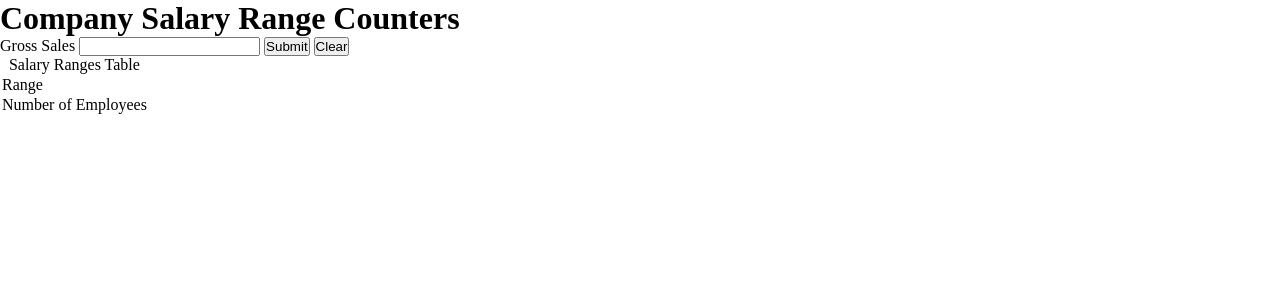
Repository: mlmEFSC21/P17-Sales-Commision
Page: sales.html
These files come from the project's save history. The page is drawn as it stood at one moment and after the next save; the edit follows.
The browser window is 1280 px wide. The pictures show the whole page.

Above is the page before, as saved 2022-03-29 14:53:51.

After the next save:
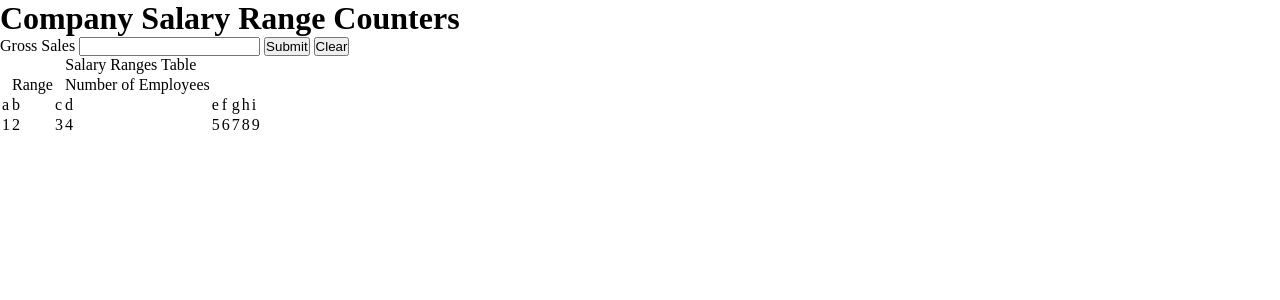
Saved 5 min 7 s later.
--- a/sales.html
+++ b/sales.html
@@ -21,14 +21,37 @@
                     Salary Ranges Table
                 </caption>
                 <thead>
+                    <th>
+                        <td>Range</td>
+                    </th>
+                    <th>
+                        <td>Number of Employees</td>
+                    </th>
+                </thead>
+                <tbody>
                     <tr>
-                        <td>Range</td>
+                        <td>a</td>
+                        <td>b</td>
+                        <td>c</td>
+                        <td>d</td>
+                        <td>e</td>
+                        <td>f</td>
+                        <td>g</td>
+                        <td>h</td>
+                        <td>i</td>
                     </tr>
                     <tr>
-                        <td>Number of Employees</td>
+                        <td>1</td>
+                        <td>2</td>
+                        <td>3</td>
+                        <td>4</td>
+                        <td>5</td>
+                        <td>6</td>
+                        <td>7</td>
+                        <td>8</td>
+                        <td>9</td>
                     </tr>
-                </thead>
-                <tbody></tbody>
+                </tbody>
                 <tfoot>
                     <button type="reset" class="clear-btn">Clear</button>
                 </tfoot>
